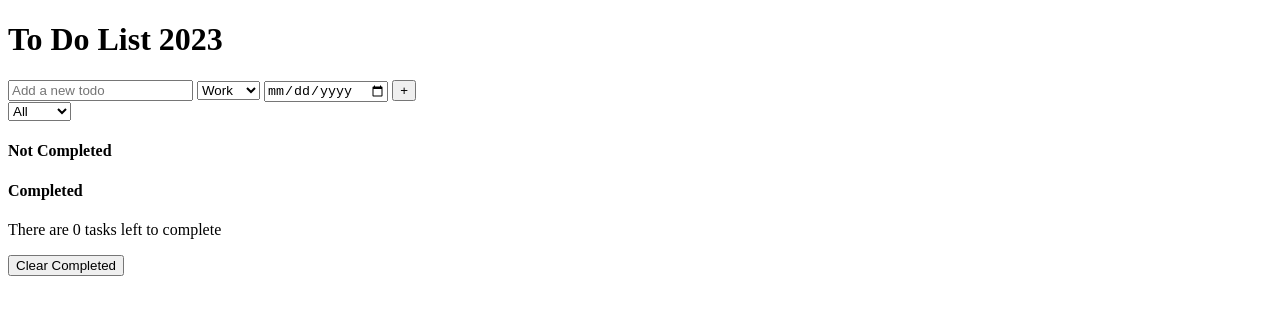
Repository: Kayla-amr/dgm3760
Page: client/index.html
An editor plug-in stored every save of this project. The page is shown before and after the next save, followed by the edit.
The browser window is 1280 px wide. The pictures show the whole page.
The page's requests for data from a server got no answer.

Above is the page before, as saved 2023-12-07 11:32:01.

### client/index.html
<!DOCTYPE html>
<html lang="en">
<head>
    <meta charset="UTF-8">
    <meta name="viewport" content="width=device-width, initial-scale=1.0">
    <title>ToDo App 2023</title>
</head>
<body>
    <div class="app">
        <h1></h1>

        <div class="input">
            <input class="userInput" type="text" placeholder="Add a new todo">
            <select class="categorySelected">
                <option value="Work">Work</option>
                <option value="Home">Home</option>
                <option value="School">School</option>
            </select>
            <input class="dateInput" type="date" placeholder="Date">

            <button class="addInput">+</button>
        </div>

        <div>
            <select name="categorySelected" class="categorySelected" onchange="categoryView(this.value)">
                <option value="All">All</option>
                <option value="Home">Home</option>
                <option value="Work">Work</option>
                <option value="School">School</option>
            </select>

        </div>
        <div class="todos">
            <h4>Not Completed</h4>
            <ul class="list"></ul>
            <h4>Completed</h4>
            <ul class="completed"></ul>
        </div>

        <div>
            <p class="count"></p>
        </div>

        <div class="btns">
            <button class="clear">Clear Completed</button>
        </div>



    </div>

</body>
<script src="./src/main.js"></script>
</html>

### client/src/main.js
// let todo = [
//     {
//     id: 0,
//     name: 'View Training Module',
//     category: 'Home',
//     date: '2020-03-01',
//     status: false

// },
// {
//     id: 1,
//     name: 'Read Require Reads',
//     category: 'Work',
//     date: '2020-12-01',
//     status: true
// },
// {
//     id: 2,
//     name: 'Complete Assignment',
//     category: 'Work',
//     date: '2020-01-01',
//     status: true
// },
// {
//     id: 3,
//     name: 'Submit Assignment',
//     category: 'School',
//     date: '2020-05-01',
//     status: false
// },
// ];

// let categories = [
//     'Home',
//     'Work',
//     'School'
// ];

document.querySelector('.app > h1').innerText = 'To Do List 2023';

let list = document.querySelector('.list');
let completed = document.querySelector('.completed');

let todo = [];
let categories = [];

fetch('/api/todo')
    .then(res => res.json())
    .then(data => {taskView(data)});


/*CREATING ELEMENTS*/


//CREATE LIST ITEM FUNCTION
function createListItem(todoItem) {
    let li = document.createElement('li'); //CREATE LIST ITEM
    li.setAttribute('id', todoItem.id);    //SET LIST ITEM ID
    li.innerText = todoItem.date + ' ' + todoItem.name; //SET LIST ITEM TEXT
    return li;
}

//CREATE DELETE BUTTON FUNCTION
function createDeleteButton(li) {
    let deleteBtn = document.createElement('button');//CREATE DELETE BUTTON
    deleteBtn.setAttribute('id', 'delete');          //SET DELETE BUTTON ID
    deleteBtn.innerText = 'X';                       //SET DELETE BUTTON TEXT
    deleteBtn.addEventListener('click', () =>{  //ADD EVENT LISTENER TO DELETE BUTTON
        deleteTask(li);
    });
    return deleteBtn;
}

//CREATE STATUS INPUT FUNCTION
function createStatusInput(todoItem) {
    let status = document.createElement('input');  //CREATE STATUS INPUT
    status.setAttribute('type', 'checkbox');       //SET STATUS INPUT TYPE
    status.setAttribute('id', 'status');           //SET STATUS INPUT ID
    status.setAttribute('value', todoItem.status); //SET STATUS INPUT VALUE
    status.checked = todoItem.status;              //SET STATUS INPUT CHECKED
    status.addEventListener('click', () =>{
        toggleStatus(status, todoItem);            //CALLS TOGGLE STATUS FUNCTION
    });
    return status;
}

// CREATE EDIT BUTTON FUNCTION
function createEditButton(li, todoItem) {
    let editBtn = document.createElement('button'); //CREATE EDIT BUTTON
    editBtn.setAttribute('id', 'edit');             //SET EDIT BUTTON ID
    editBtn.innerText = 'Edit';                     //SET EDIT BUTTON TEXT
    editBtn.addEventListener('click', () =>{
        enableEditing(li, todoItem);                //CALLS ENABLE EDITING FUNCTION
    });
    return editBtn;
}

//CREATE SAVE BUTTON FUNCTION
function createSaveButton(li, todoItem) {
    let saveBtn = document.createElement('button'); //CREATE SAVE BUTTON
    saveBtn.setAttribute('id', 'save');             //SET SAVE BUTTON ID
    saveBtn.innerText = 'Save';                     //SET SAVE BUTTON TEXT
    saveBtn.addEventListener('click', () =>{
        saveTask(li, todoItem);                     //CALLS SAVE TASK FUNCTION
    });
    return saveBtn;
}

//ADD TODO ITEM FUNCTION
function addTask(){
    let dateInput = document.querySelector('.dateInput').value; //GETS DATE INPUT
    let userInput = document.querySelector('.userInput').value; //GETS USER INPUT
    let categorySelected = document.querySelector('.categorySelected').value; //GETS CATEGORY SELECTED

    fetch('/api/todo', {
        method: 'POST',
        headers: {
            'Content-Type': 'application/json'
        },
        body: JSON.stringify({
            name: userInput,
            category: categorySelected,
            date: dateInput
        })
    })
    .then(response => response.json())
    .then(data => {
        console.log('Success:', data);
        taskView(data);
    })
    .catch((error) => {
        console.error('Error:', error);
    });

 }

 addInput = document.querySelector('.addInput');                //GETS ADD BUTTON
 addInput.addEventListener('click', (event) => {
     addTask();                                                 //CALLS ADD TODO ITEM FUNCTION
     taskView(todo);                                            //CALLS VIEW FUNCTION
     countTasks(todo); //CALLS COUNT FUNCTION
 })

// DELETE TASK FUNCTION
function deleteTask(li) {
    fetch('/api/todo/' + li.id, {
        method: 'DELETE'
    })
    .then(response => response.json())
    .then(data => {
        console.log('Success:', data);
        taskView(data);
    })
    .catch((error) => {
        console.error('Error:', error);
    });
}

//CLEAR COMPLETED ITEMS FUNCTION
let clear = document.querySelector('.clear');                  //GETS CLEAR BUTTON
function clearList(){
    completed.innerText='';                                    //CLEARS COMPLETED LIST
    todo = todo.filter(todoItem => {                     //FILTERS OUT COMPLETED ITEMS
        return todoItem.status == false;
    })

    todo.forEach(todoItem => {                           //LOOPS THROUGH TODO LIST
        todoItem.id = todo.indexOf(todoItem);                  //SETS TODO ITEM ID
    })
}

clear.addEventListener('click', () => {
    clearList();                                               //CALLS CLEAR FUNCTION
    taskView(todo);                                            //CALLS VIEW FUNCTION
    countTasks(todo); //CALLS COUNT FUNCTION
})

// TOGGLE STATUS FUNCTION
function toggleStatus(status, todoItem) {
    fetch('/api/todo/status', {
        method: 'PUT',
        headers: {
            'Content-Type': 'application/json'
        },
        body: JSON.stringify({
            status: status.checked,
            id: todoItem.id // Use the correct ID from the todoItem object
        })
    })
    .then(response => response.json())
    .then(data => {
        console.log('Success:', data);
        taskView(data); // Assuming the server sends back the updated list
    })
    .catch((error) => {
        console.error('Error:', error);
    });
}


//EDIT TASK FUNCTION
function enableEditing(li, todoItem) {
    let editInput = document.createElement('input'); //CREATE EDIT INPUT
    let editDate = document.createElement('input');  //CREATE EDIT DATE INPUT
    let editCategory = document.createElement('select'); //CREATE EDIT CATEGORY SELECT
    let saveBtn = createSaveButton(li, todoItem);     //CREATE SAVE BUTTON

    editInput.setAttribute('type', 'text');          //SET EDIT INPUT TYPE
    editInput.setAttribute('id', 'editInput');       //SET EDIT INPUT ID
    editInput.setAttribute('value', todoItem.name);  //SET EDIT INPUT VALUE
    li.innerText = '';                               //CLEAR LIST ITEM TEXT
    li.appendChild(editInput);                       //APPEND EDIT INPUT TO LIST ITEM

    editDate.setAttribute('type', 'date');           //SET EDIT DATE INPUT TYPE
    editDate.setAttribute('id', 'editDate');         //SET EDIT DATE INPUT ID
    editDate.setAttribute('value', todoItem.date);   //SET EDIT DATE INPUT VALUE
    li.appendChild(editDate);                        //APPEND EDIT DATE INPUT TO LIST ITEM

    categories.forEach(category => {
        let option = document.createElement('option');
        option.value = category;
        option.innerText = category;
        editCategory.appendChild(option);
    });


    editCategory.value = todoItem.category;              //SET EDIT CATEGORY SELECT VALUE

    editCategory.setAttribute('id', 'categorySelected'); //SET EDIT CATEGORY SELECT ID
    editCategory.setAttribute('value', todoItem.category); //SET EDIT CATEGORY SELECT VALUE
    li.appendChild(editCategory);                         //APPEND EDIT CATEGORY SELECT TO LIST ITEM



    saveBtn.addEventListener('click', () => {
        saveTask(li, todoItem);                         //CALLS SAVE TASK FUNCTION
    });

    li.appendChild(saveBtn);                            //APPEND SAVE BUTTON TO LIST ITEM
}

// SAVE TASK FUNCTION
function saveTask(li, todoItem) {
    let editInput = document.querySelector('#editInput'); //GETS EDIT INPUT
    let editDate = document.querySelector('#editDate');   //GETS EDIT DATE INPUT
    let editCategory = document.querySelector('#categorySelected'); //GETS EDIT CATEGORY SELECT

    todoItem.date = editDate.value;                        //SETS TODO ITEM DATE TO EDIT DATE INPUT VALUE
    todoItem.name = editInput.value;                       //SETS TODO ITEM NAME TO EDIT INPUT VALUE
    todoItem.category = editCategory.value;                //SETS TODO ITEM CATEGORY TO EDIT CATEGORY SELECT VALUE

    li.innerText = todoItem.date + ' ' + todoItem.name;    //SETS LIST ITEM TEXT TO TODO ITEM DATE AND NAME

    taskView(todo);                                        //RELOADS VIEW
    countTasks(todo); //CALLS COUNT FUNCTION
}


// CATEGORY VIEW FUNCTION
function categoryView(categorySelected) {
    let filteredList; //LIST OF TASKS TO DISPLAY

    if (categorySelected === 'All') {                      //SHOW ALL TASKS

        filteredList = todo;                              //DISPLAYS ALL TASKS
    } else {

        filteredList = todo.filter(todoItem => {   //SHOW TASKS FOR SELECTED CATEGORY
            return todoItem.category === categorySelected; //FILTERS OUT TASKS THAT DON'T MATCH SELECTED CATEGORY
        });
    }

    taskView(filteredList);
}

//COUNT FUNCTION
function countTasks(todoItem) {
    let count = 0;
    let countDisplay = document.querySelector('.count');
    todoItem.forEach(todoItem => {
        if(todoItem.status === false) {
            count++;
        }
    });
    countDisplay.innerText = "There are " + count + " tasks left to complete";
}
countTasks(todo); //CALLS COUNT FUNCTION

//TASK VIEW FUNCTION
function taskView(todo){
    list.innerText = '';
    completed.innerText='';

    todo.forEach(todoItem =>{
        let li = createListItem(todoItem);             //CREATES LIST ITEM
        let status = createStatusInput(todoItem);      //CREATES STATUS INPUT
        let deleteBtn = createDeleteButton(li);        //CREATES DELETE BUTTON
        let editBtn = createEditButton(li, todoItem);  //CREATES EDIT BUTTON

        li.appendChild(status);
        li.appendChild(deleteBtn);
        li.appendChild(editBtn);

        if(todoItem.status) {
            completed.appendChild(li); //APPENDS COMPLETED TASKS TO COMPLETED LIST
        } else {
            list.appendChild(li);     //APPENDS INCOMPLETE TASKS TO TODO LIST
        }
    });
}


taskView(todo); //CALLS VIEW FUNCTION

After the next save:
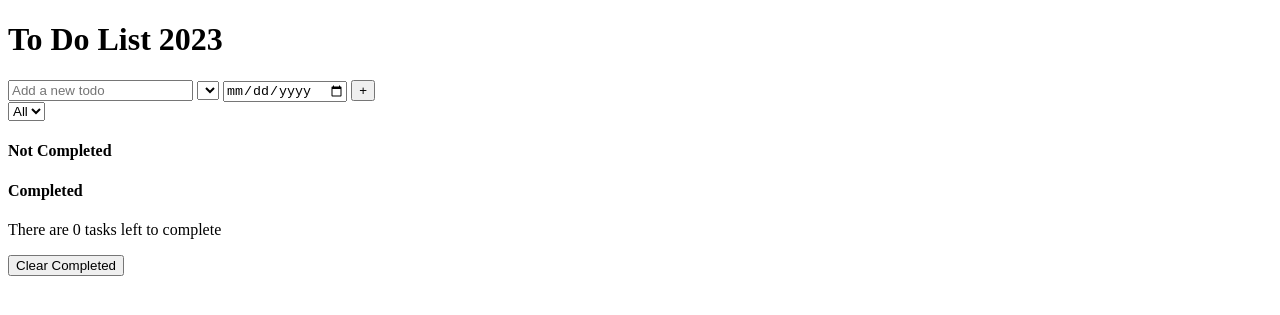
Saved 13 s later.
--- a/client/index.html
+++ b/client/index.html
@@ -12,9 +12,6 @@
         <div class="input">
             <input class="userInput" type="text" placeholder="Add a new todo">
             <select class="categorySelected">
-                <option value="Work">Work</option>
-                <option value="Home">Home</option>
-                <option value="School">School</option>
             </select>
             <input class="dateInput" type="date" placeholder="Date">
 
@@ -24,9 +21,6 @@
         <div>
             <select name="categorySelected" class="categorySelected" onchange="categoryView(this.value)">
                 <option value="All">All</option>
-                <option value="Home">Home</option>
-                <option value="Work">Work</option>
-                <option value="School">School</option>
             </select>
 
         </div>
